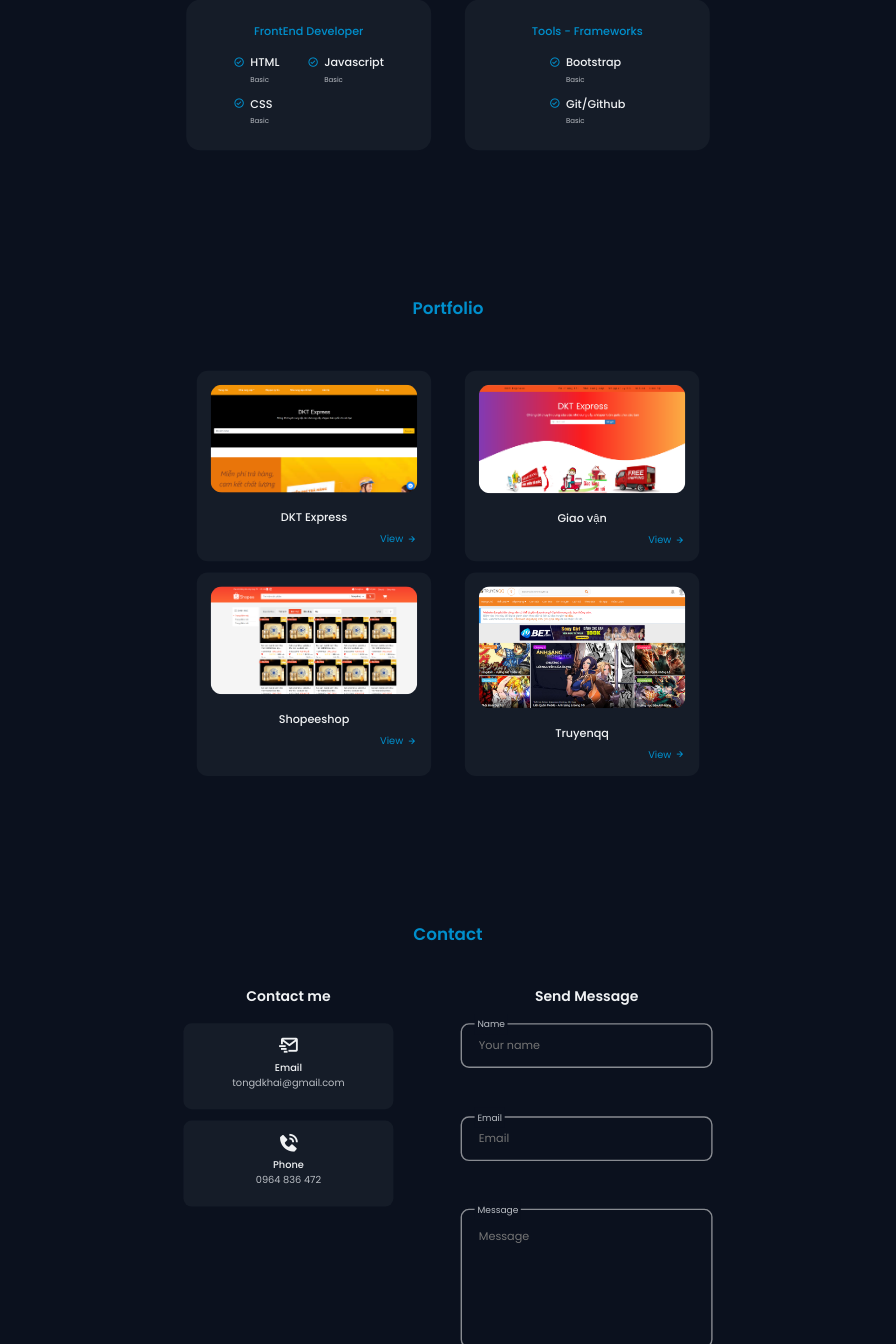
Repository: tongdkhai/portfolio
Page: index.html
An editor plug-in stored every save of this project. The page is shown before and after the next save, followed by the edit.
The browser window is 1280 px wide. The pictures show the part of the page from y = 1594 to 3514 px (the page is 4133 px tall), at 70% of full size.

Above is the page before, as saved 2022-08-24 14:42:26.

After the next save:
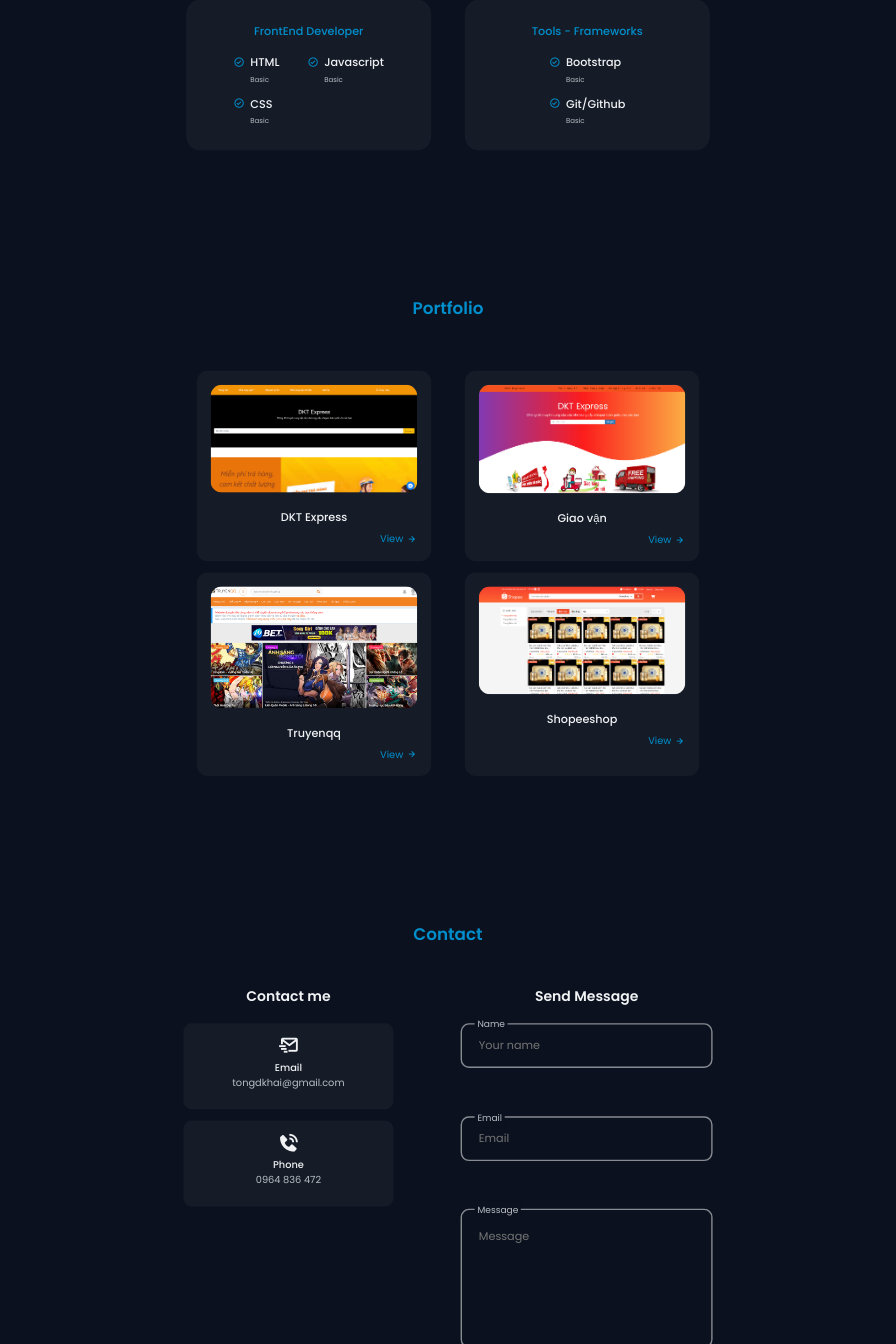
Saved 6 days later.
--- a/index.html
+++ b/index.html
@@ -221,6 +221,14 @@
             </div>
             <div class="work__container container grid">
                 <div class="work__card mix web">
+                    <img src="./img/Truyenqq.png" alt="" class="work__img">
+
+                    <h3 class="work__title">Truyenqq</h3>
+                    <a href="https://tongdkhai.github.io/truyenqq/" target="_blank" class="work__button">
+                        View <i class='bx bx-right-arrow-alt work__icon'></i>
+                    </a>
+                </div>
+                <div class="work__card mix web">
                     <img src="./img/Shopee.png" alt="" class="work__img">
 
                     <h3 class="work__title">Shopeeshop</h3>
@@ -229,14 +237,6 @@
                     </a>
                 </div>
 
-                <div class="work__card mix web">
-                    <img src="./img/Truyenqq.png" alt="" class="work__img">
-
-                    <h3 class="work__title">Truyenqq</h3>
-                    <a href="https://tongdkhai.github.io/truyenqq/" target="_blank" class="work__button">
-                        View <i class='bx bx-right-arrow-alt work__icon'></i>
-                    </a>
-                </div>
             </div>
         </section>
 
